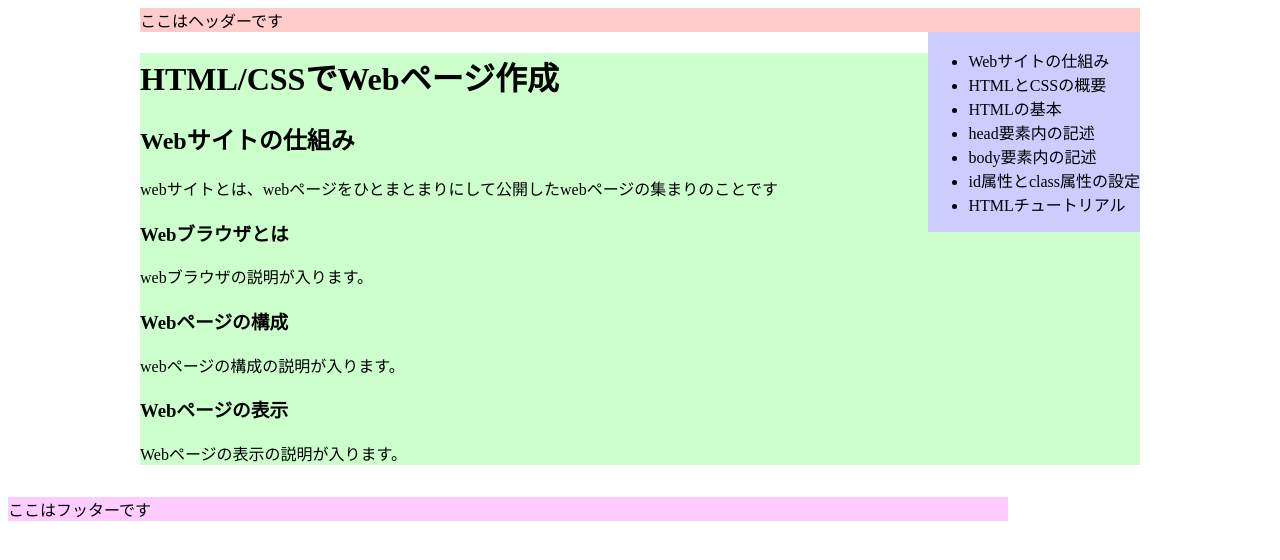
Repository: tak-hs/first-git
Page: kadai-html.html
The author's editor kept a record of every edit. The page is drawn from the files as they stood at one moment, then again after the next edit.
The browser window is 1280 px wide. The pictures show the whole page.

Above is the page before.

### kadai-html.html
<!DOCTYPE html>
<html lang="ja">
    <head>
        <meta charset="utf-8">
        <title>HTML/CSSでWebページ作成</title>
        <link rel="stylesheet" href="./kadai-css.css">
    </head>
    <body>
        <header>
            <p>ここはヘッダーです</p>
            <nav id="global_navi">
                <ul>
                    <li>Webサイトの仕組み</li>
                    <li>HTMLとCSSの概要</li>
                    <li>HTMLの基本</li>
                    <li>head要素内の記述</li>
                    <li>body要素内の記述</li>
                    <li>id属性とclass属性の設定</li>
                    <li>HTMLチュートリアル</li>
                </ul>
        </header>
        <div id="wrapper"  class="clearfix">
            <div id="main">
              <h1>HTML/CSSでWebページ作成</h1>
              <h2>Webサイトの仕組み</h2>
              <p>webサイトとは、webページをひとまとまりにして公開したwebページの集まりのことです</p>

              <nav id="menu">
                <h3>Webブラウザとは</h3>
                <p>webブラウザの説明が入ります。</p>

                <h3>Webページの構成</h3>
                <p>webページの構成の説明が入ります。</p>

                <h3>Webページの表示</h3>
                <p>Webページの表示の説明が入ります。</p>
              </nav>

            </div>
        </div>

        <footer>
            <p>ここはフッターです</p>
        </footer>

    </body>
</html>

### kadai-css.css
@charset "UTF-8";

header{
    width:1000px;
    margin:0 auto;
    background-color:#ffcccc;
}

header p{
    margin:0 0;
}

#global_navi{
    float:right;
    margin:0 auto;
    background-color:#ccccff;
}

#wrapper{
    width:1000px;
    margin:0 auto;
}

#main{
    background-color: #ccffcc;
}

.clearfix::after {
    content: '';
    display: block;
    clear: both;
}

footer{
    width:1000px;
    margin-top:0;
    background-color: #ffccff;
}

After the next edit:
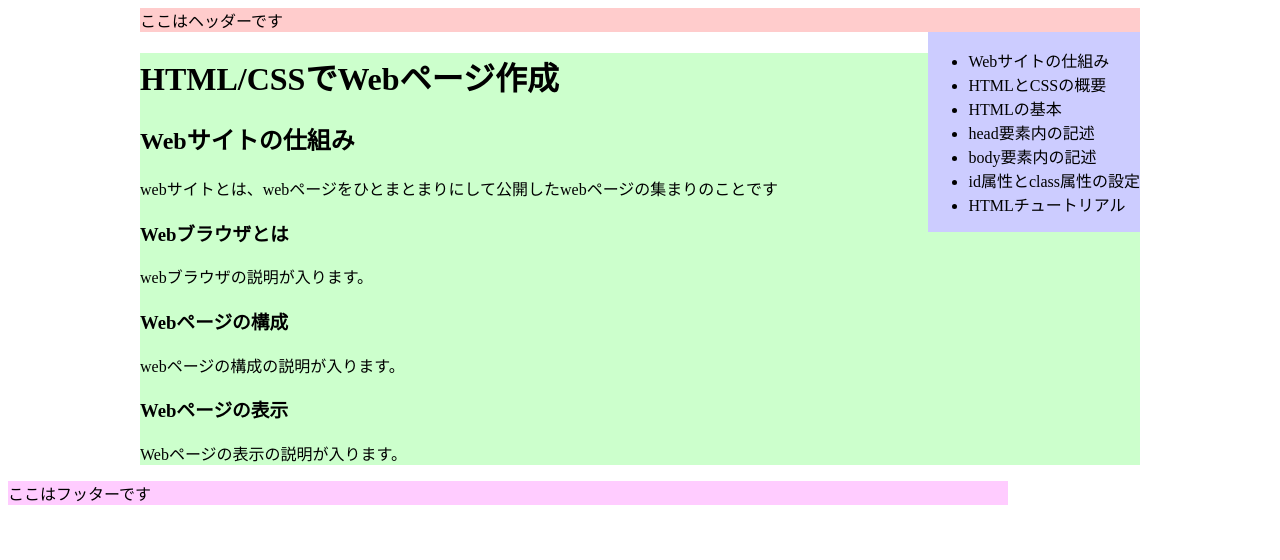
The edit:
--- a/kadai-css.css
+++ b/kadai-css.css
@@ -31,6 +31,10 @@
     clear: both;
 }
 
+#menu p{
+    margin:0 0;
+}
+
 footer{
     width:1000px;
     margin-top:0;
